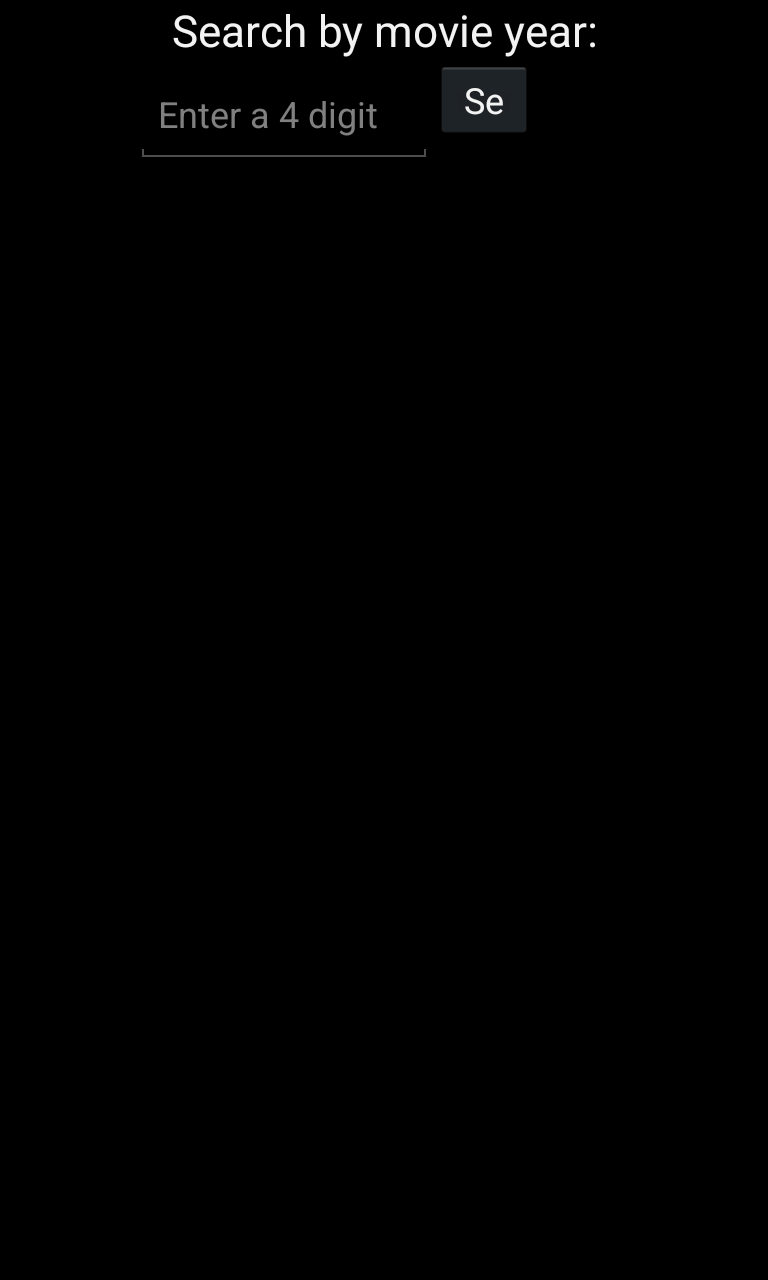
Repository: laurenelder/Java2_Elder
Layout: MovieLookup/res/layout/search_dialog.xml
These files come from the project's save history. The layout is drawn as it stood at one moment and after the next save; the edit follows.
It is drawn on a 768 x 1280 px phone screen (xhdpi) without system bars, with theme android:Theme.Holo; the app's code is not run. Lists and similar views that code fills are empty.

Above is the layout before, as saved 2014-08-01 01:05:51.

After the next save:
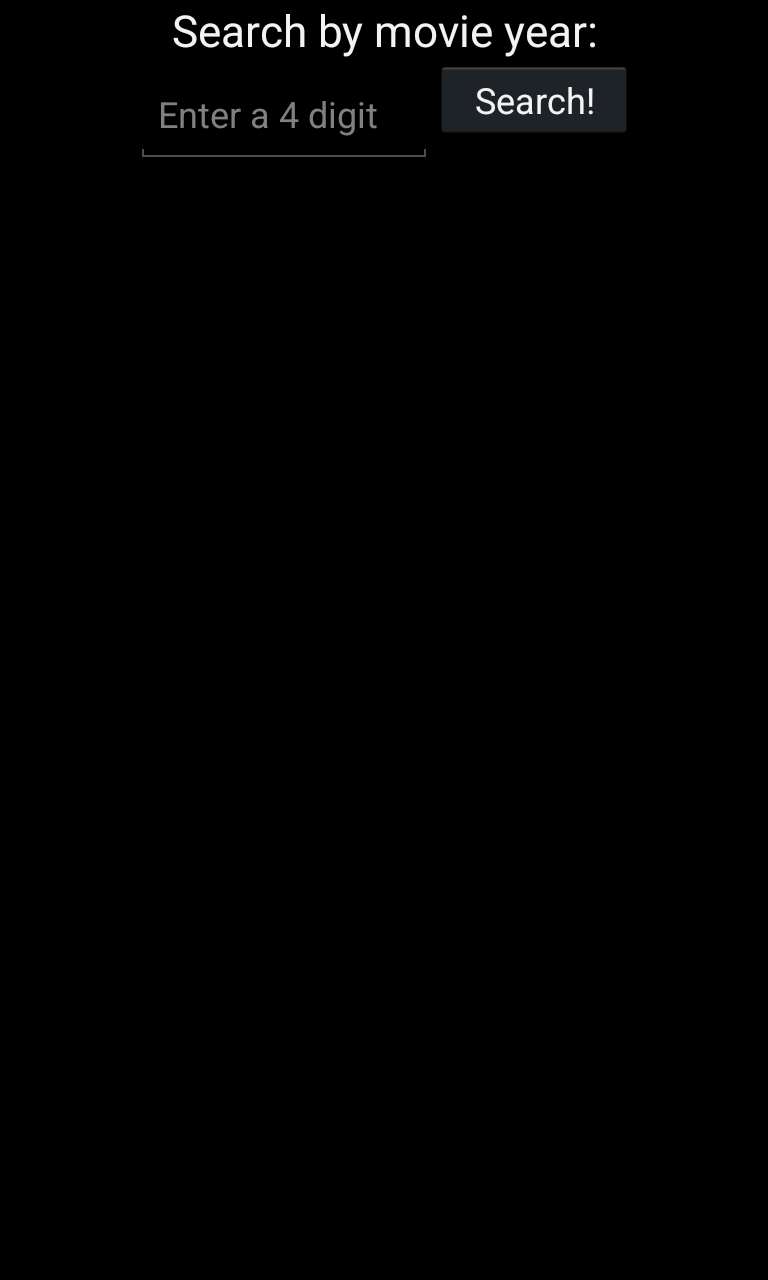
Saved 42 s later.
--- a/MovieLookup/res/layout/search_dialog.xml
+++ b/MovieLookup/res/layout/search_dialog.xml
@@ -29,7 +29,7 @@
             android:hint="@string/search_dialog_hint"/>
 
         <Button
-            android:layout_width="50dp"
+            android:layout_width="100dp"
             android:layout_height="40dp"
             android:gravity="center"
             android:text="@string/search_button_text"/>
